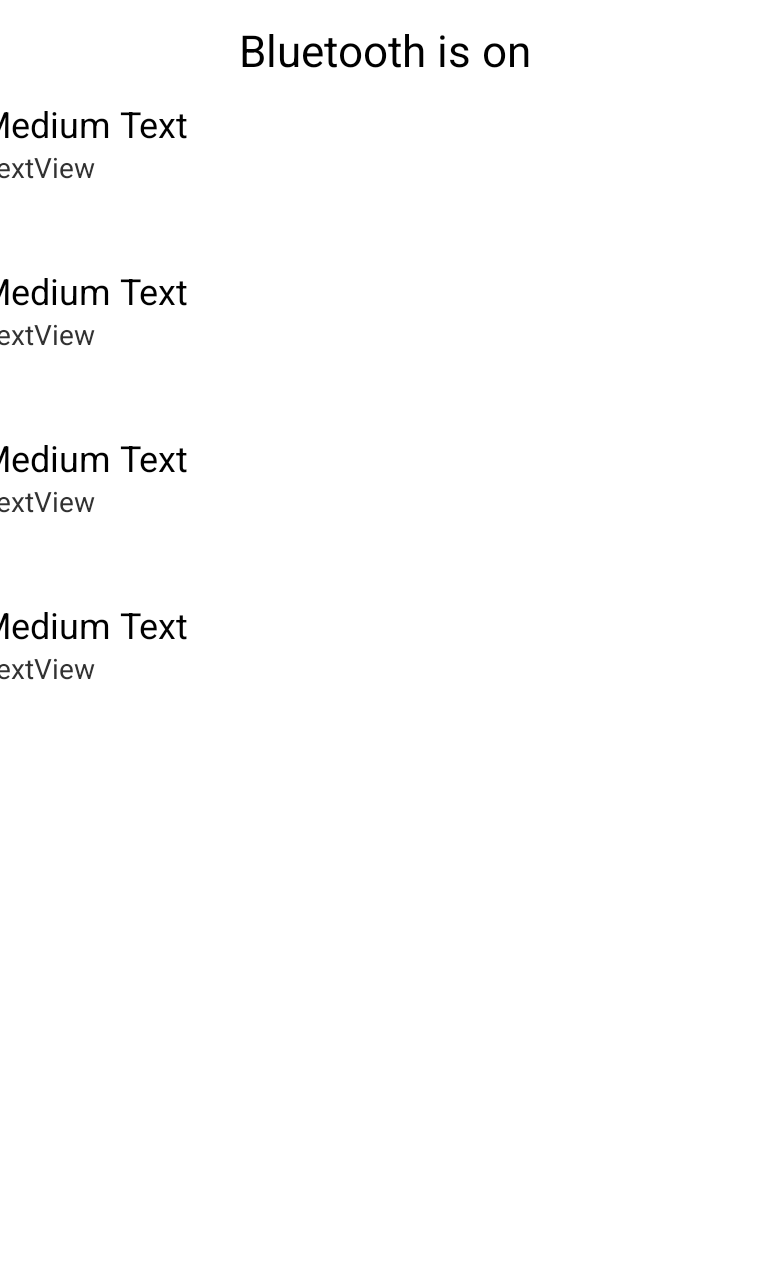
Repository: SimonIsMe/workspace_android
Layout: lista3/res/layout/blutooth.xml
These files come from the project's save history. The layout is drawn as it stood at one moment and after the next save; the edit follows.
It is drawn on a 768 x 1280 px phone screen (xhdpi) without system bars, with theme AppTheme; the app's code is not run.

Above is the layout before, as saved 2012-12-05 16:12:15.

After the next save:
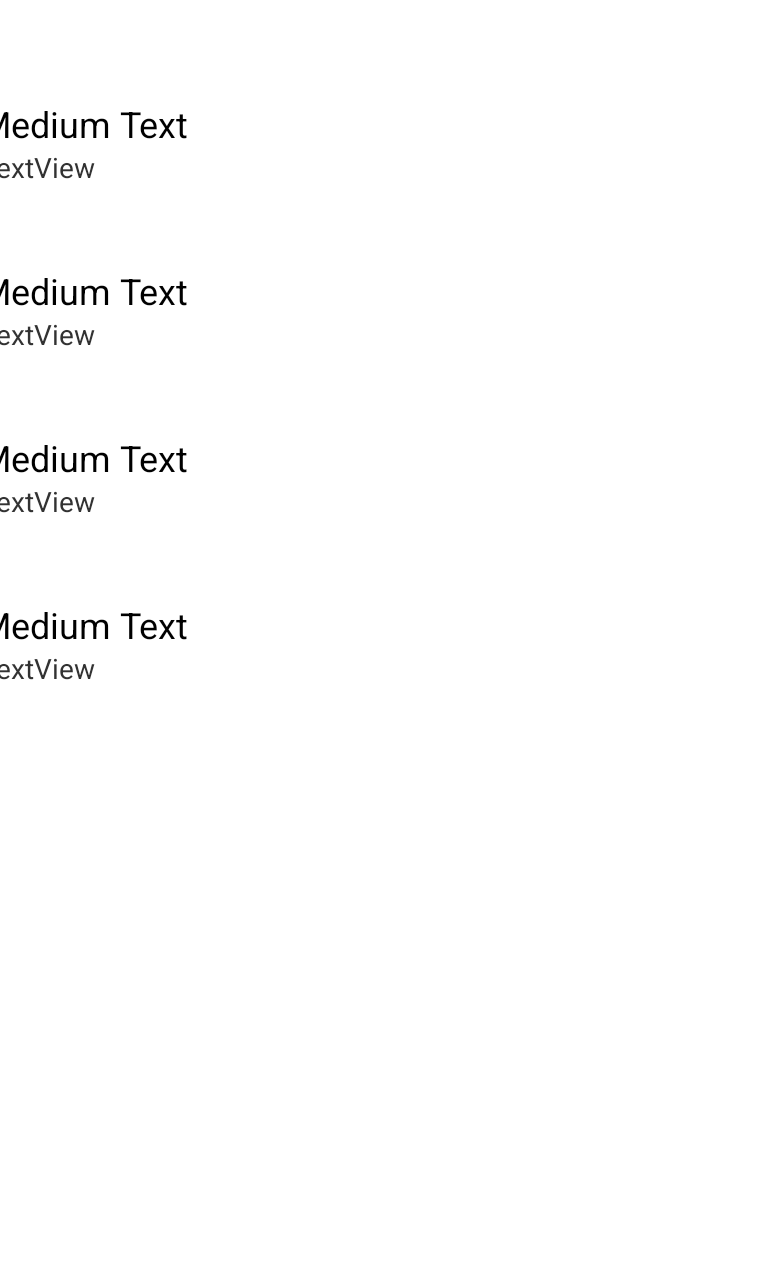
Saved 13 s later.
--- a/lista3/res/layout/blutooth.xml
+++ b/lista3/res/layout/blutooth.xml
@@ -13,7 +13,7 @@
         android:layout_marginTop="10dp"
         android:layout_marginBottom="10dp"
         android:gravity="center"
-        android:text="Bluetooth is on"
+        android:text=""
         android:textAppearance="?android:attr/textAppearanceLarge" />
 
     <ScrollView
